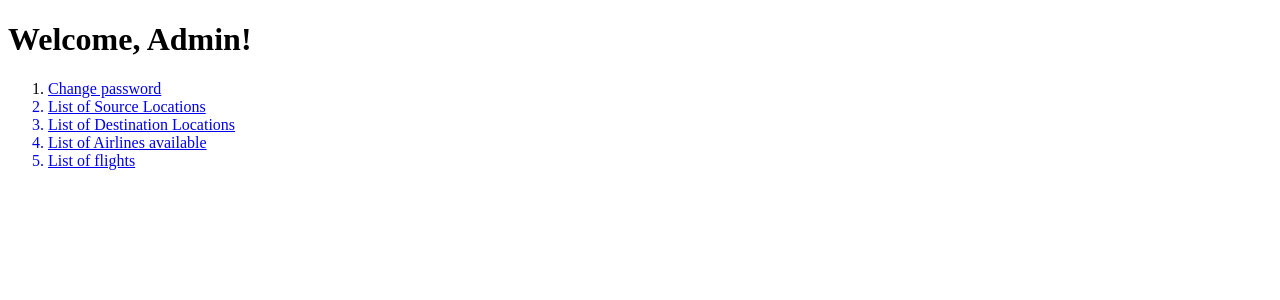
Repository: Pranathi99/FlyAway
Page: FlyAway/src/main/webapp/adminHome.html
The author's editor kept a copy of each file at every save. The page is drawn from the files as they stood at one save, then again after the next save.
The browser window is 1280 px wide. The pictures show the whole page.

Above is the page before, as saved 2023-03-25 19:40:55.

### FlyAway/src/main/webapp/adminHome.html
<!DOCTYPE html>
<html>
<head>
<meta charset="ISO-8859-1">
<title>FlyAway</title>
</head>
<body>
<h1>Welcome, Admin!</h1>
	<ol>
		<li><a href="changePassword.jsp"/>Change password</li>
		<li>List of Source Locations</li>
		<li>List of Destination Locations</li>
		<li>List of Airlines available</li>
		<li>List of flights</li>
	</ol>
</body>
</html>

After the next save:
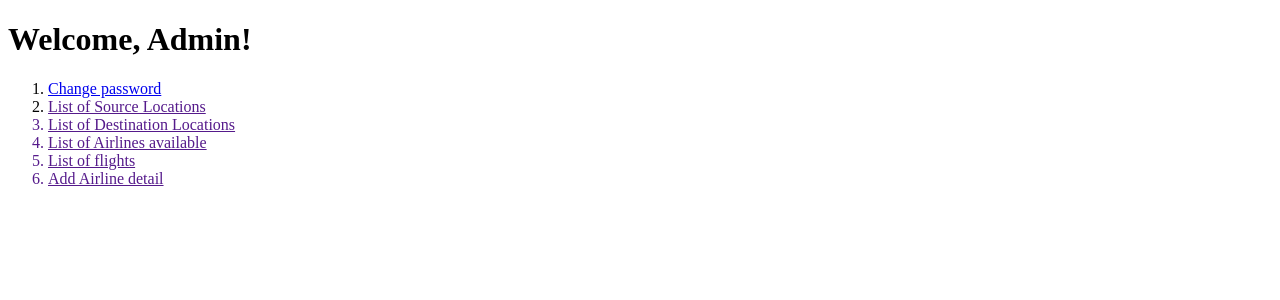
Saved 2 min 44 s later.
--- a/FlyAway/src/main/webapp/adminHome.html
+++ b/FlyAway/src/main/webapp/adminHome.html
@@ -8,10 +8,11 @@
 <h1>Welcome, Admin!</h1>
 	<ol>
 		<li><a href="changePassword.jsp"/>Change password</li>
-		<li>List of Source Locations</li>
+		<li><a href=""/>List of Source Locations</li>
 		<li>List of Destination Locations</li>
 		<li>List of Airlines available</li>
 		<li>List of flights</li>
+		<li>Add Airline detail</li>
 	</ol>
 </body>
 </html>
